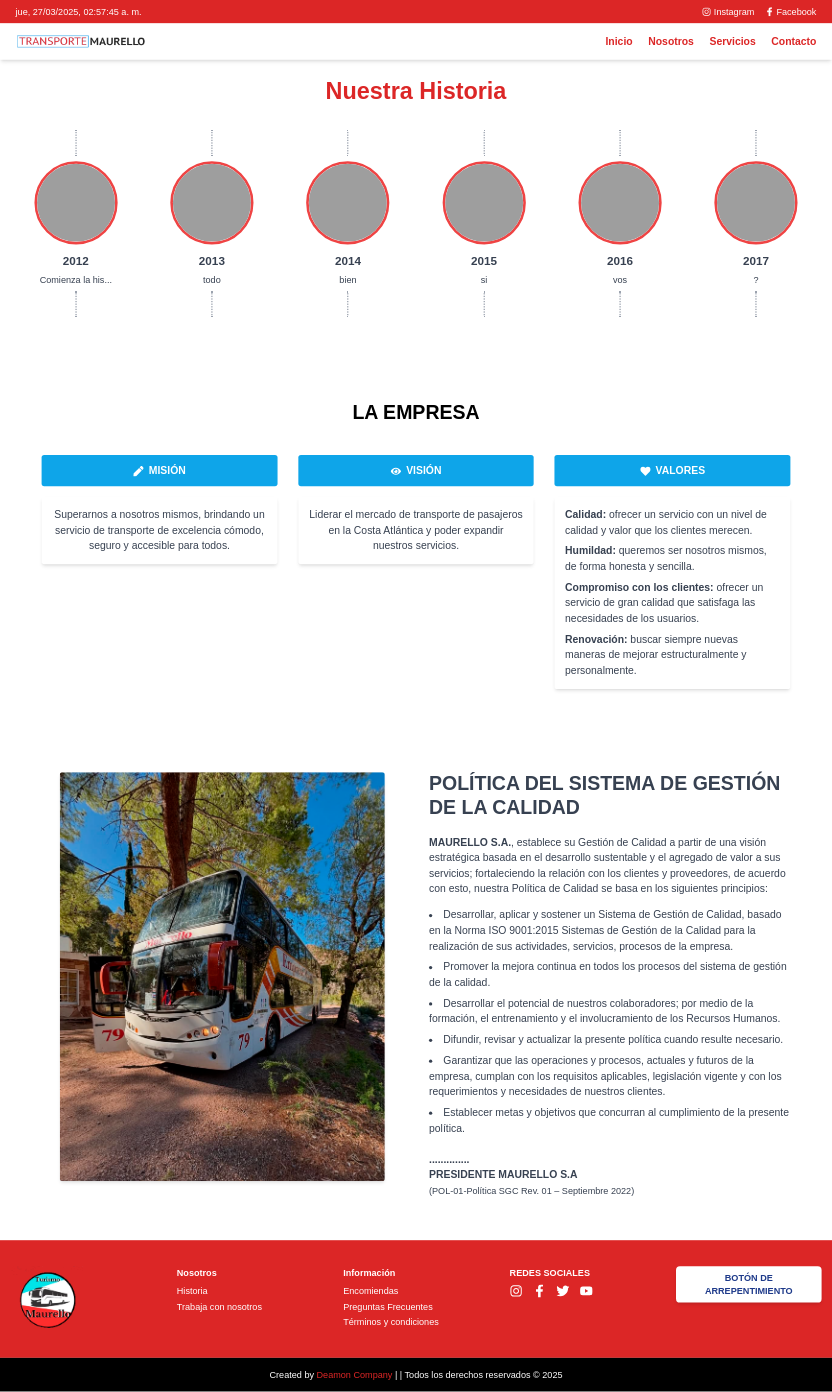
Repository: francoluca35/empresacolectivo
Page: /About
The author's editor kept a copy of each file at every save. The page is drawn from the files as they stood at one save, then again after the next save.
The browser window is 1280 px wide. The pictures show the whole page, at 65% of full size.
Pictures or frames that could not be fetched are drawn as grey boxes. The project was rebuilt for these pictures with package versions that can differ from the ones it lists, and the page was loaded fresh each time. The framework's server and built-in components were replaced by stand-ins that run in the browser. Also part of the build but not shown: next.config.js, next.config.mjs.

Above is the page before, as saved 2025-03-27 03:23:53.

After the next save:
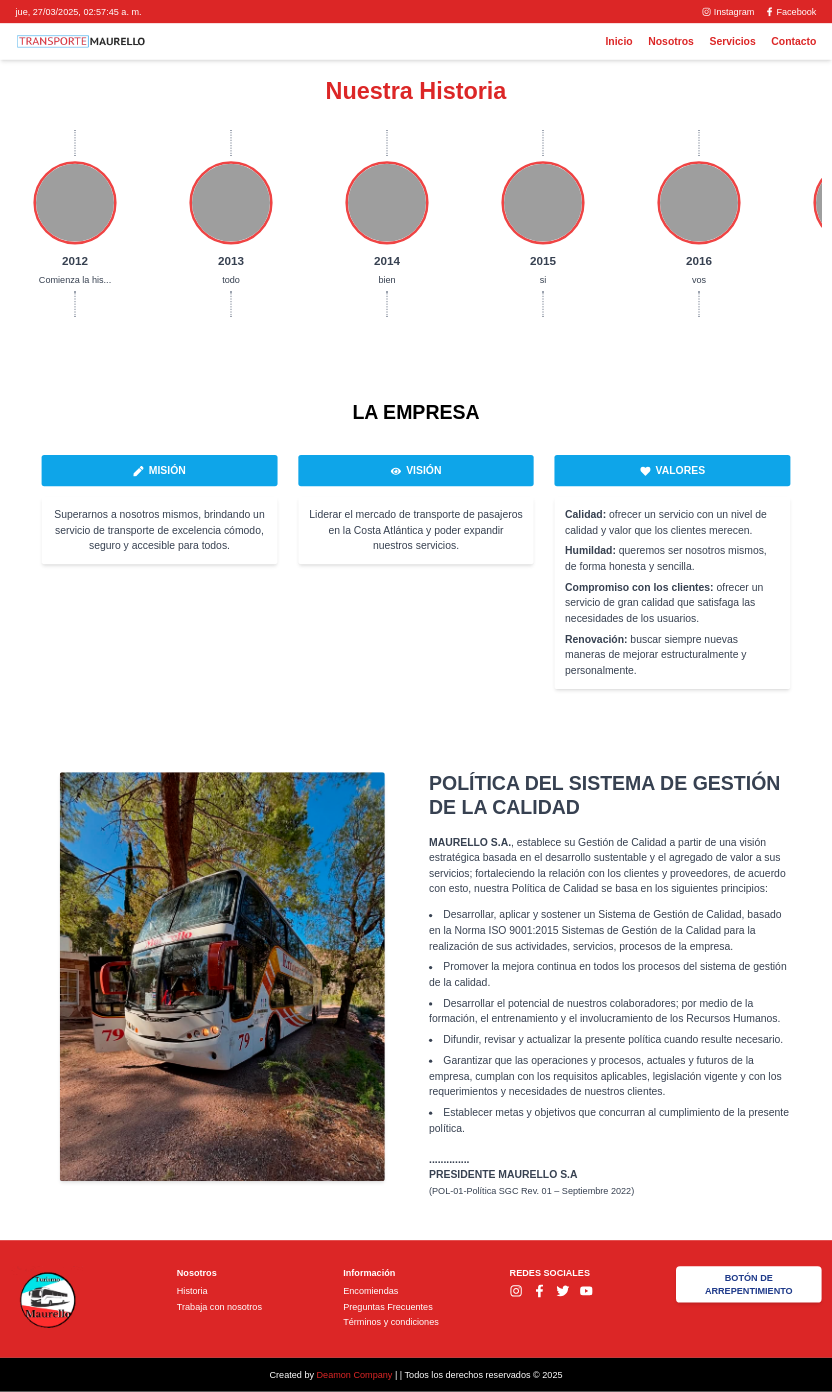
Saved 57 s later.
--- a/src/app/About/page.js
+++ b/src/app/About/page.js
@@ -29,12 +29,12 @@
       <section className="bg-white py-16 px-4 mt-20 md:mt-14">
         <h2 className="text-4xl font-bold text-center text-red-600 mb-10">Nuestra Historia</h2>
 
-        <div className="overflow-x-auto">
-          <div className="flex flex-col md:flex-row gap-10 justify-center items-start px-4">
+        <div className="overflow-x-auto whitespace-nowrap">
+          <div className="flex gap-10 items-start w-max">
             {eventos.map((evento, index) => (
               <motion.div
                 key={index}
-                className="text-center max-w-[200px] mx-auto"
+                className="text-center min-w-[200px]"
                 initial={{ opacity: 0, y: 60, rotate: -10 }}
                 animate={{ opacity: 1, y: 0, rotate: 0 }}
                 transition={{

After the save that followed:
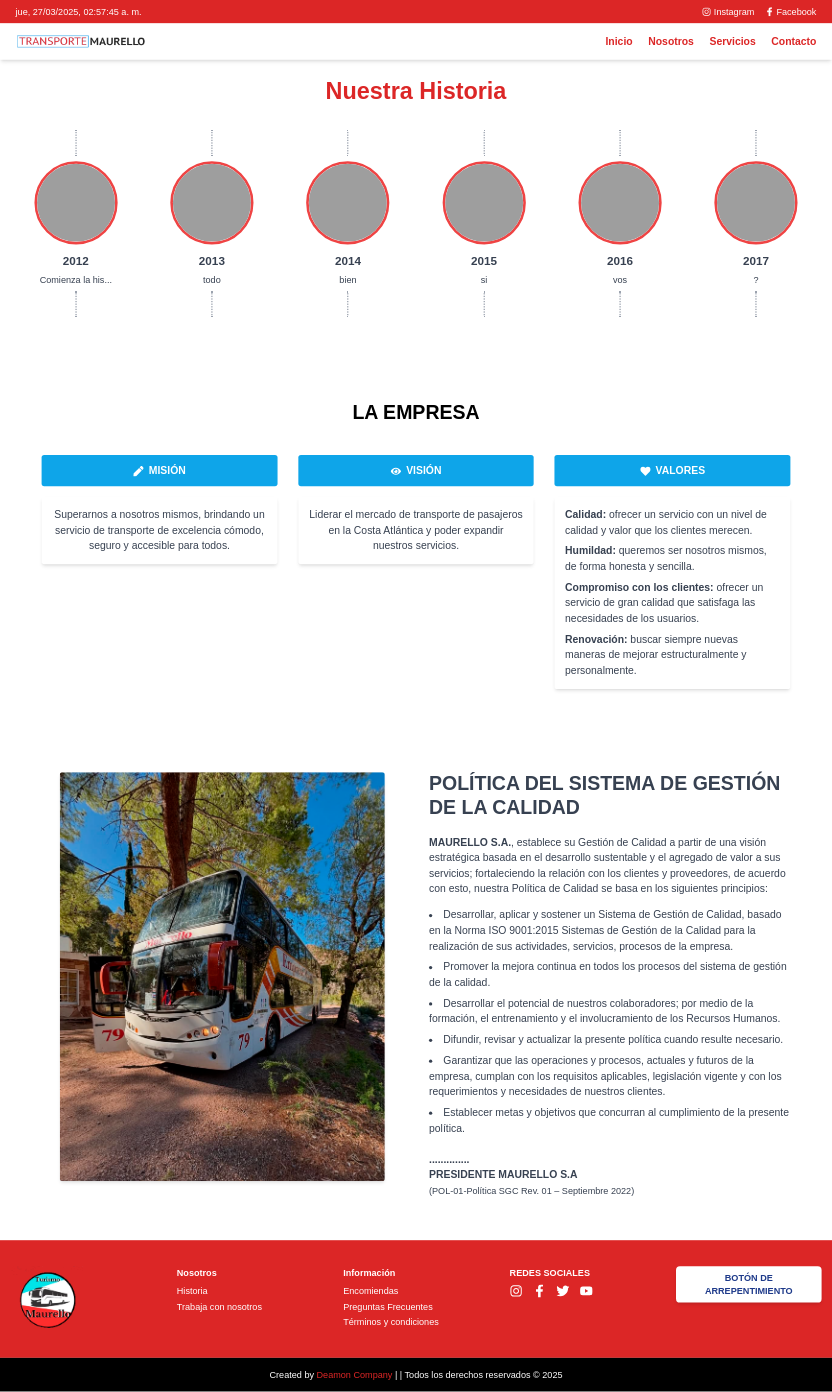
Saved 9 s later.
--- a/src/app/About/page.js
+++ b/src/app/About/page.js
@@ -29,12 +29,12 @@
       <section className="bg-white py-16 px-4 mt-20 md:mt-14">
         <h2 className="text-4xl font-bold text-center text-red-600 mb-10">Nuestra Historia</h2>
 
-        <div className="overflow-x-auto whitespace-nowrap">
-          <div className="flex gap-10 items-start w-max">
+        <div className="overflow-x-auto">
+          <div className="flex flex-col md:flex-row gap-10 justify-center items-start px-4">
             {eventos.map((evento, index) => (
               <motion.div
                 key={index}
-                className="text-center min-w-[200px]"
+                className="text-center max-w-[200px] mx-auto"
                 initial={{ opacity: 0, y: 60, rotate: -10 }}
                 animate={{ opacity: 1, y: 0, rotate: 0 }}
                 transition={{
